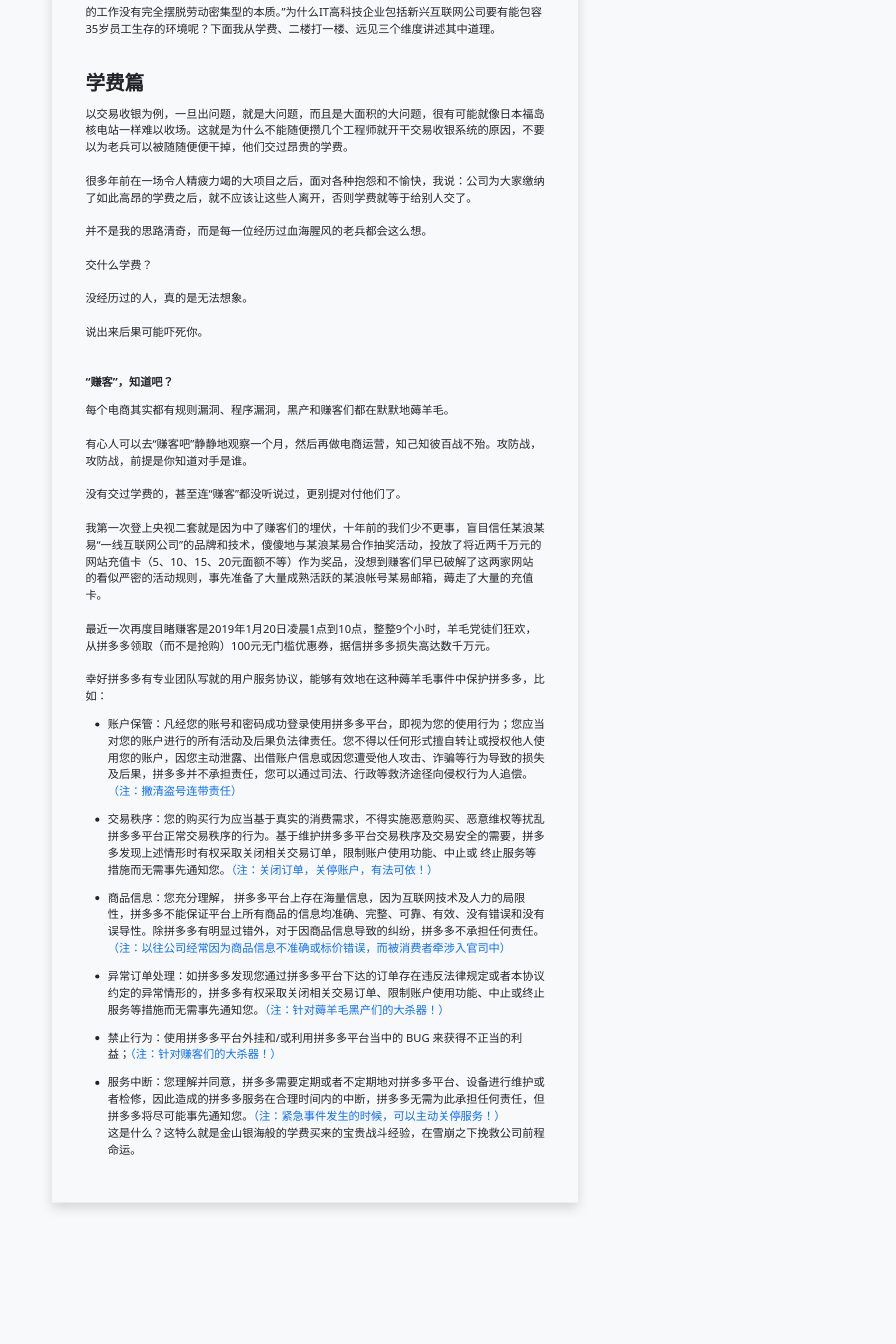
Repository: herjuandlonely/github.io
Page: index-blog.html
The author's editor kept a copy of each file at every save. The page is drawn from the files as they stood at one save, then again after the next save.
The browser window is 1280 px wide. The pictures show the part of the page from y = 1080 to 3000 px (the page is 3000 px tall), at 70% of full size.
Backgrounds fixed to the window are drawn as part of the page.

Above is the page before, as saved 2022-06-30 20:02:06.

After the next save:
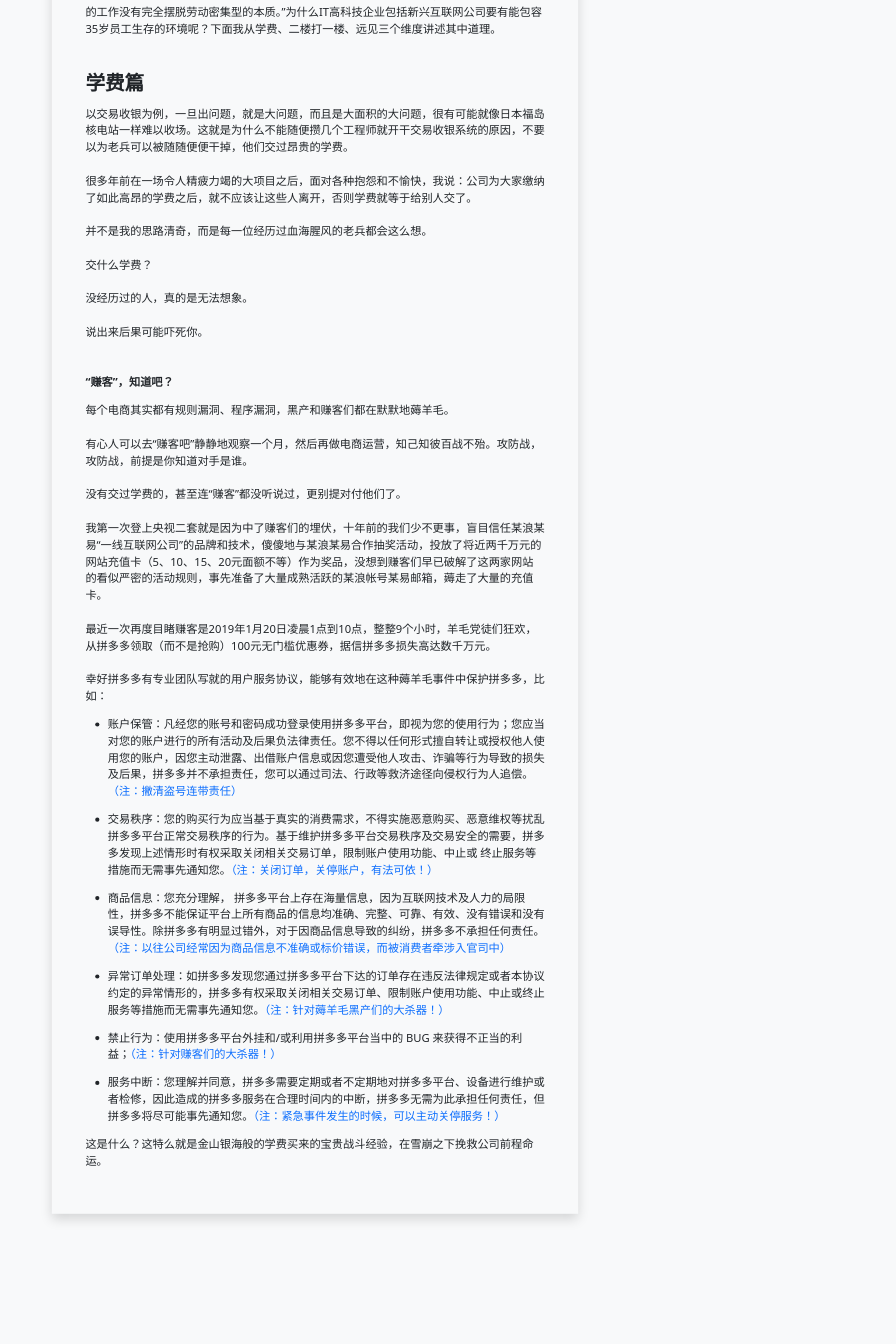
Saved 20 s later.
--- a/index-blog.html
+++ b/index-blog.html
@@ -131,10 +131,10 @@
                         <li class=" mt-3">
                             服务中断：您理解并同意，拼多多需要定期或者不定期地对拼多多平台、设备进行维护或者检修，因此造成的拼多多服务在合理时间内的中断，拼多多无需为此承担任何责任，但拼多多将尽可能事先通知您。<span class=" text-primary">（注：紧急事件发生的时候，可以主动关停服务！）</span>
                         </li>
-                        <p>
-                            这是什么？这特么就是金山银海般的学费买来的宝贵战斗经验，在雪崩之下挽救公司前程命运。
-                        </p>
                     </ul>
+                    <p class="mt-3">
+                        这是什么？这特么就是金山银海般的学费买来的宝贵战斗经验，在雪崩之下挽救公司前程命运。
+                    </p>
                 </div>
             </div>
             <div class="col-lg-4"></div>
